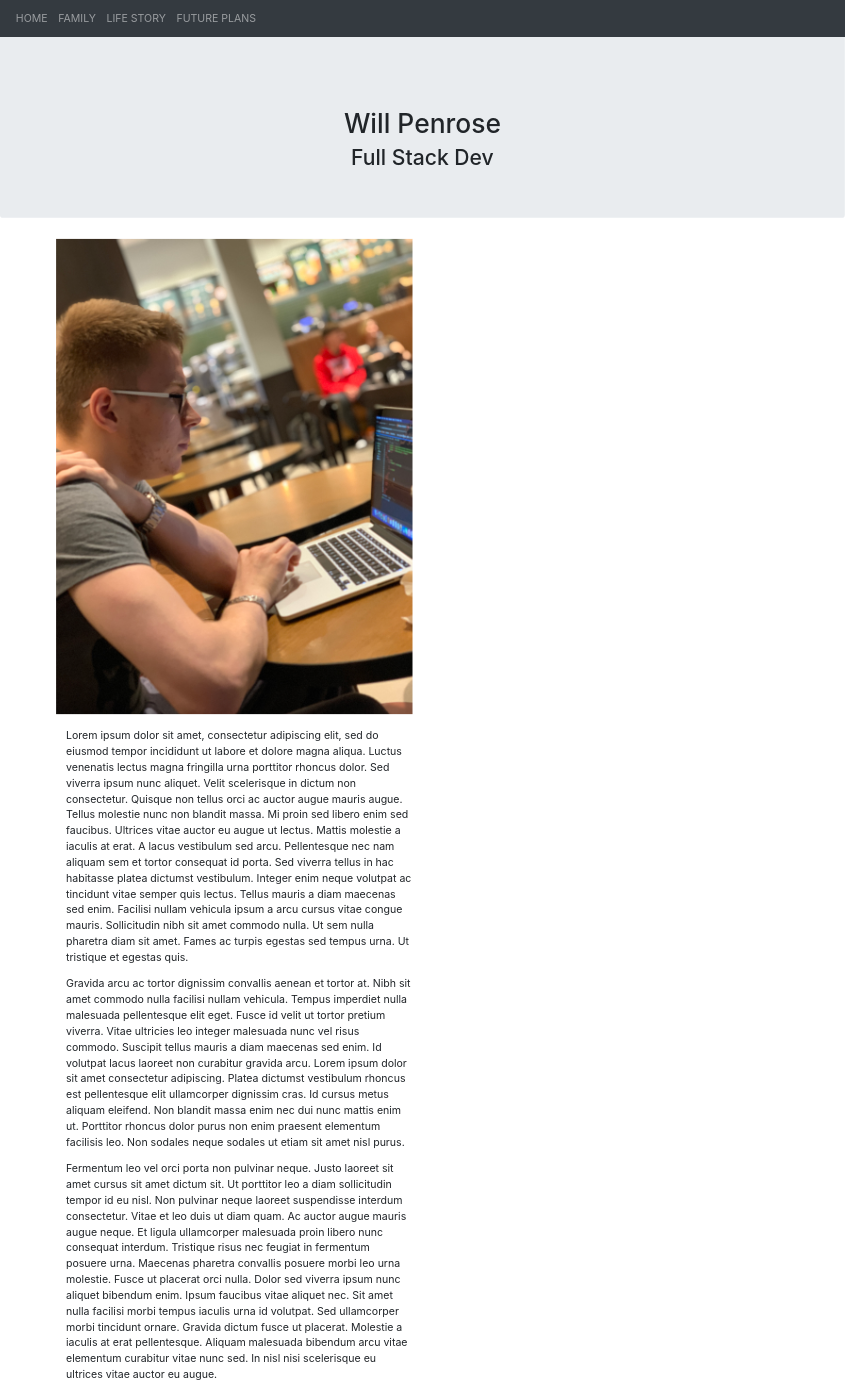
Repository: Code-Institute-Submissions/user-centric-frontend-dev-milestone-project
Page: index.html
The author's editor kept a record of every edit. The page is drawn from the files as they stood at one moment, then again after the next edit.
The browser window is 1280 px wide. The pictures show the whole page, at 66% of full size.

Above is the page before.

After the next edit:
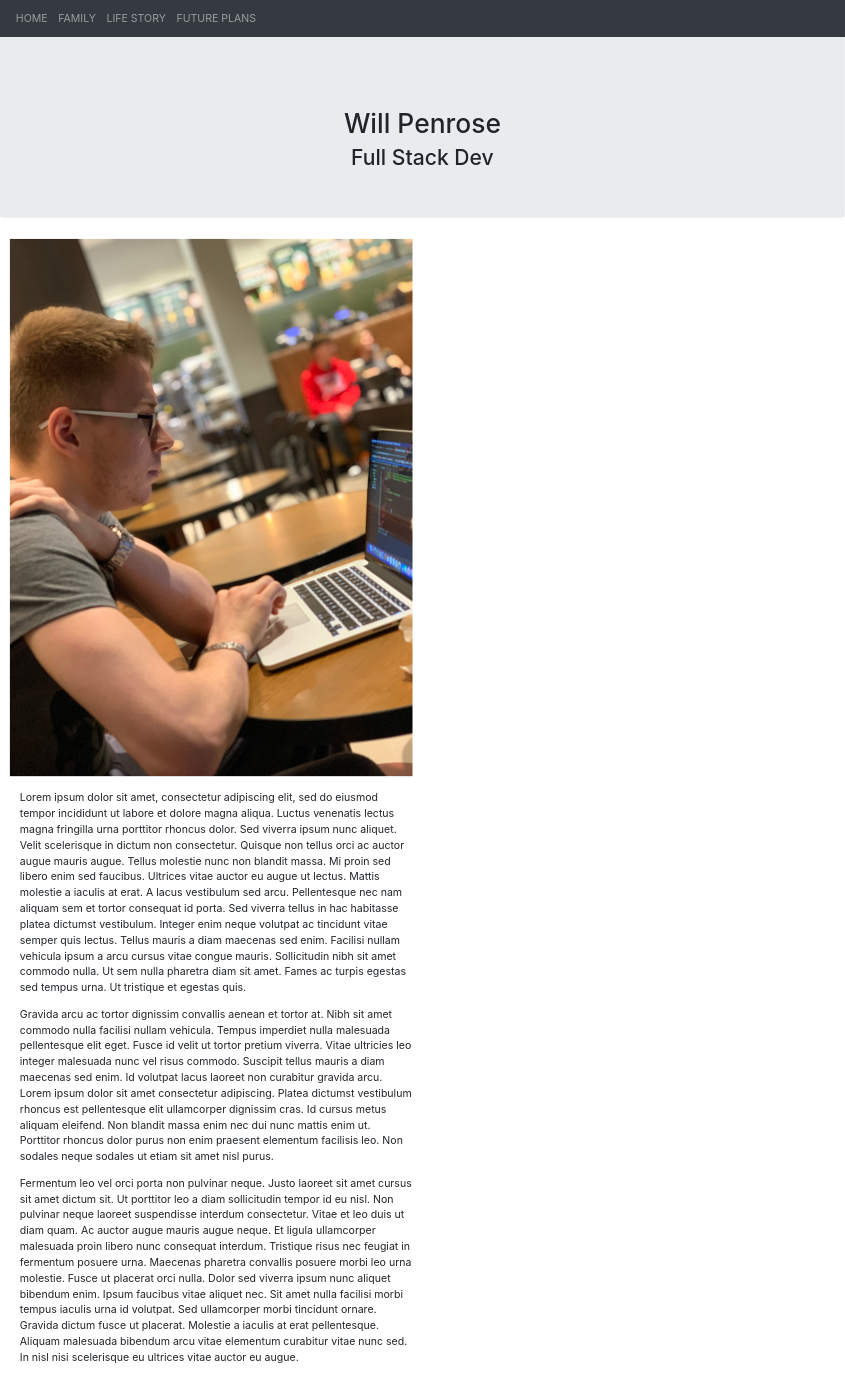
The edit:
--- a/index.html
+++ b/index.html
@@ -47,34 +47,36 @@
         </div>
     </header>
 
-        <!--------------------------------------MAIN IMAGE AND PARAGRAPHS----------------------------->
+    <!--------------------------------------MAIN IMAGE AND PARAGRAPHS----------------------------->
 
     <section>
-        <div class="container">
-        <div class="row">
-            <div class="col-sm-12 col-md-12 col-lg-6">
-                <img src="assets/images/will.jpg" class="image"></img>
+        <div class="container-fluid">
+            <div class="row">
+                <div class="col-sm-12 col-md-12 col-lg-6">
+                    <img src="assets/images/will.jpg" class="image"></img>
+                </div>
             </div>
-        </div>
-        <div class="col-sm-12 col-md-12 col-lg-6 home-paragraphs">
-            <p>
-                Lorem ipsum dolor sit amet, consectetur adipiscing elit, sed do eiusmod tempor incididunt ut labore et dolore magna aliqua. Luctus venenatis lectus magna fringilla urna porttitor rhoncus dolor. Sed viverra ipsum nunc aliquet. Velit scelerisque in dictum
-                non consectetur. Quisque non tellus orci ac auctor augue mauris augue. Tellus molestie nunc non blandit massa. Mi proin sed libero enim sed faucibus. Ultrices vitae auctor eu augue ut lectus. Mattis molestie a iaculis at erat. A lacus
-                vestibulum sed arcu. Pellentesque nec nam aliquam sem et tortor consequat id porta. Sed viverra tellus in hac habitasse platea dictumst vestibulum. Integer enim neque volutpat ac tincidunt vitae semper quis lectus. Tellus mauris a diam
-                maecenas sed enim. Facilisi nullam vehicula ipsum a arcu cursus vitae congue mauris. Sollicitudin nibh sit amet commodo nulla. Ut sem nulla pharetra diam sit amet. Fames ac turpis egestas sed tempus urna. Ut tristique et egestas quis.
-            </p>
-            <p>
-                Gravida arcu ac tortor dignissim convallis aenean et tortor at. Nibh sit amet commodo nulla facilisi nullam vehicula. Tempus imperdiet nulla malesuada pellentesque elit eget. Fusce id velit ut tortor pretium viverra. Vitae ultricies leo integer malesuada
-                nunc vel risus commodo. Suscipit tellus mauris a diam maecenas sed enim. Id volutpat lacus laoreet non curabitur gravida arcu. Lorem ipsum dolor sit amet consectetur adipiscing. Platea dictumst vestibulum rhoncus est pellentesque elit
-                ullamcorper dignissim cras. Id cursus metus aliquam eleifend. Non blandit massa enim nec dui nunc mattis enim ut. Porttitor rhoncus dolor purus non enim praesent elementum facilisis leo. Non sodales neque sodales ut etiam sit amet nisl
-                purus.
-            </p>
-            <p>
-                Fermentum leo vel orci porta non pulvinar neque. Justo laoreet sit amet cursus sit amet dictum sit. Ut porttitor leo a diam sollicitudin tempor id eu nisl. Non pulvinar neque laoreet suspendisse interdum consectetur. Vitae et leo duis ut diam quam. Ac
-                auctor augue mauris augue neque. Et ligula ullamcorper malesuada proin libero nunc consequat interdum. Tristique risus nec feugiat in fermentum posuere urna. Maecenas pharetra convallis posuere morbi leo urna molestie. Fusce ut placerat
-                orci nulla. Dolor sed viverra ipsum nunc aliquet bibendum enim. Ipsum faucibus vitae aliquet nec. Sit amet nulla facilisi morbi tempus iaculis urna id volutpat. Sed ullamcorper morbi tincidunt ornare. Gravida dictum fusce ut placerat.
-                Molestie a iaculis at erat pellentesque. Aliquam malesuada bibendum arcu vitae elementum curabitur vitae nunc sed. In nisl nisi scelerisque eu ultrices vitae auctor eu augue.
-            </p>
+            <div class="col-sm-12 col-md-12 col-lg-6 home-paragraphs">
+                <p>
+                    Lorem ipsum dolor sit amet, consectetur adipiscing elit, sed do eiusmod tempor incididunt ut labore et dolore magna aliqua. Luctus venenatis lectus magna fringilla urna porttitor rhoncus dolor. Sed viverra ipsum nunc aliquet. Velit scelerisque in dictum
+                    non consectetur. Quisque non tellus orci ac auctor augue mauris augue. Tellus molestie nunc non blandit massa. Mi proin sed libero enim sed faucibus. Ultrices vitae auctor eu augue ut lectus. Mattis molestie a iaculis at erat. A lacus
+                    vestibulum sed arcu. Pellentesque nec nam aliquam sem et tortor consequat id porta. Sed viverra tellus in hac habitasse platea dictumst vestibulum. Integer enim neque volutpat ac tincidunt vitae semper quis lectus. Tellus mauris a
+                    diam maecenas sed enim. Facilisi nullam vehicula ipsum a arcu cursus vitae congue mauris. Sollicitudin nibh sit amet commodo nulla. Ut sem nulla pharetra diam sit amet. Fames ac turpis egestas sed tempus urna. Ut tristique et egestas
+                    quis.
+                </p>
+                <p>
+                    Gravida arcu ac tortor dignissim convallis aenean et tortor at. Nibh sit amet commodo nulla facilisi nullam vehicula. Tempus imperdiet nulla malesuada pellentesque elit eget. Fusce id velit ut tortor pretium viverra. Vitae ultricies leo integer malesuada
+                    nunc vel risus commodo. Suscipit tellus mauris a diam maecenas sed enim. Id volutpat lacus laoreet non curabitur gravida arcu. Lorem ipsum dolor sit amet consectetur adipiscing. Platea dictumst vestibulum rhoncus est pellentesque elit
+                    ullamcorper dignissim cras. Id cursus metus aliquam eleifend. Non blandit massa enim nec dui nunc mattis enim ut. Porttitor rhoncus dolor purus non enim praesent elementum facilisis leo. Non sodales neque sodales ut etiam sit amet
+                    nisl purus.
+                </p>
+                <p>
+                    Fermentum leo vel orci porta non pulvinar neque. Justo laoreet sit amet cursus sit amet dictum sit. Ut porttitor leo a diam sollicitudin tempor id eu nisl. Non pulvinar neque laoreet suspendisse interdum consectetur. Vitae et leo duis ut diam quam. Ac
+                    auctor augue mauris augue neque. Et ligula ullamcorper malesuada proin libero nunc consequat interdum. Tristique risus nec feugiat in fermentum posuere urna. Maecenas pharetra convallis posuere morbi leo urna molestie. Fusce ut placerat
+                    orci nulla. Dolor sed viverra ipsum nunc aliquet bibendum enim. Ipsum faucibus vitae aliquet nec. Sit amet nulla facilisi morbi tempus iaculis urna id volutpat. Sed ullamcorper morbi tincidunt ornare. Gravida dictum fusce ut placerat.
+                    Molestie a iaculis at erat pellentesque. Aliquam malesuada bibendum arcu vitae elementum curabitur vitae nunc sed. In nisl nisi scelerisque eu ultrices vitae auctor eu augue.
+                </p>
+            </div>
         </div>
     </section>
 
